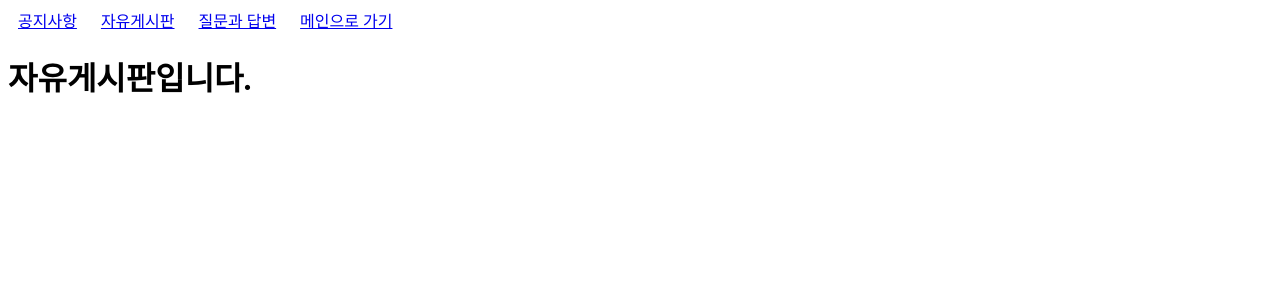
Repository: shingiyeon/jsp
Page: http://localhost/Article_DB_project/jsp/board.jsp
An editor plug-in stored every save of this project. The page is shown before and after the next save, followed by the edit.
The browser window is 1280 px wide. The pictures show the whole page.
The page is served by Tomcat 9.

Above is the page before, as saved 2019-05-25 06:48:53.

After the next save:
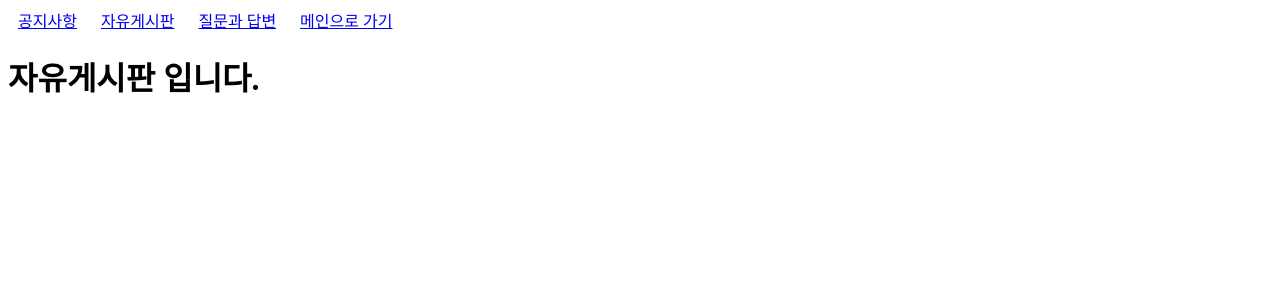
Saved 8 s later.
--- a/workspace/Article_DB_project/WebContent/jsp/board.jsp
+++ b/workspace/Article_DB_project/WebContent/jsp/board.jsp
@@ -5,21 +5,10 @@
 <head>
 <meta charset="UTF-8">
 <title>자유게시판 입니다.</title>
-<style>
-	header > a {
-		margin: 0 10px;
-	}
-</style>
 </head>
 <body>
-	<header>
-		<a href="./notice.jsp">공지사항</a>
-		<a href="./board.jsp">자유게시판</a>
-		<a href="./QnA.jsp">질문과 답변</a>
-		<a href="./index.jsp">메인으로 가기</a>
-	</header>
-	<body>
-		<h1>자유게시판입니다.</h1>
-	</body>
+
+	<%@ include file="./map.jsp"%>
+	<h1>자유게시판 입니다.</h1>
 </body>
 </html>
